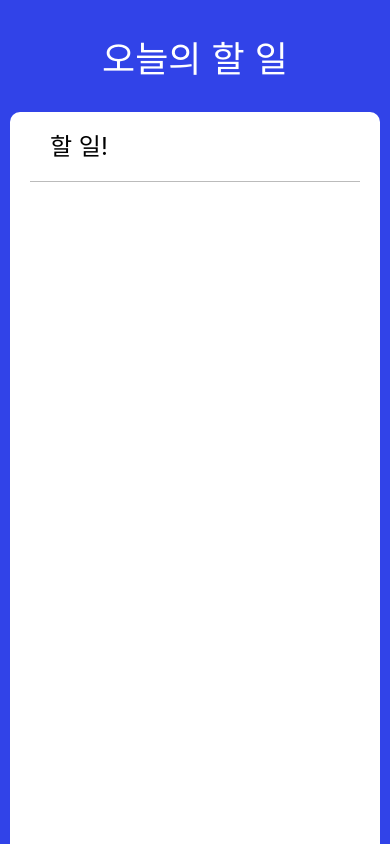
Repository: GoodHoneyCake/toy_project3
Page: /
The author's editor kept a copy of each file at every save. The page is drawn from the files as they stood at one save, then again after the next save.
The browser window is 390 px wide. The pictures show the whole page.
The app was drawn by React Native's web renderer in a window 390 px wide. The project was rebuilt for these pictures with package versions that can differ from the ones it lists, and the page was loaded fresh each time.

Above is the page before, as saved 2021-02-08 16:27:46.

After the next save:
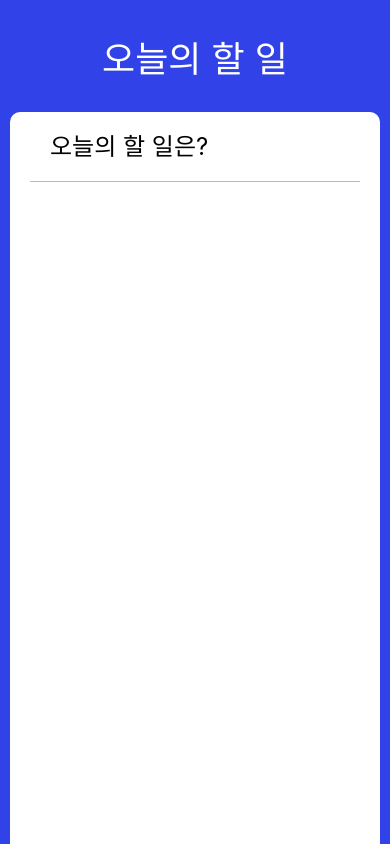
Saved 51 s later.
--- a/components/main.jsx
+++ b/components/main.jsx
@@ -6,7 +6,7 @@ const Main = () => {
     <SafeAreaView style={styles.container}>
       <Text style={styles.appTitle}>오늘의 할 일</Text>
       <View style={styles.card}>
-        <TextInput style={styles.input} placeholder="할 일!" />
+        <TextInput style={styles.input} placeholder="오늘의 할 일은?" />
       </View>
     </SafeAreaView>
   );
